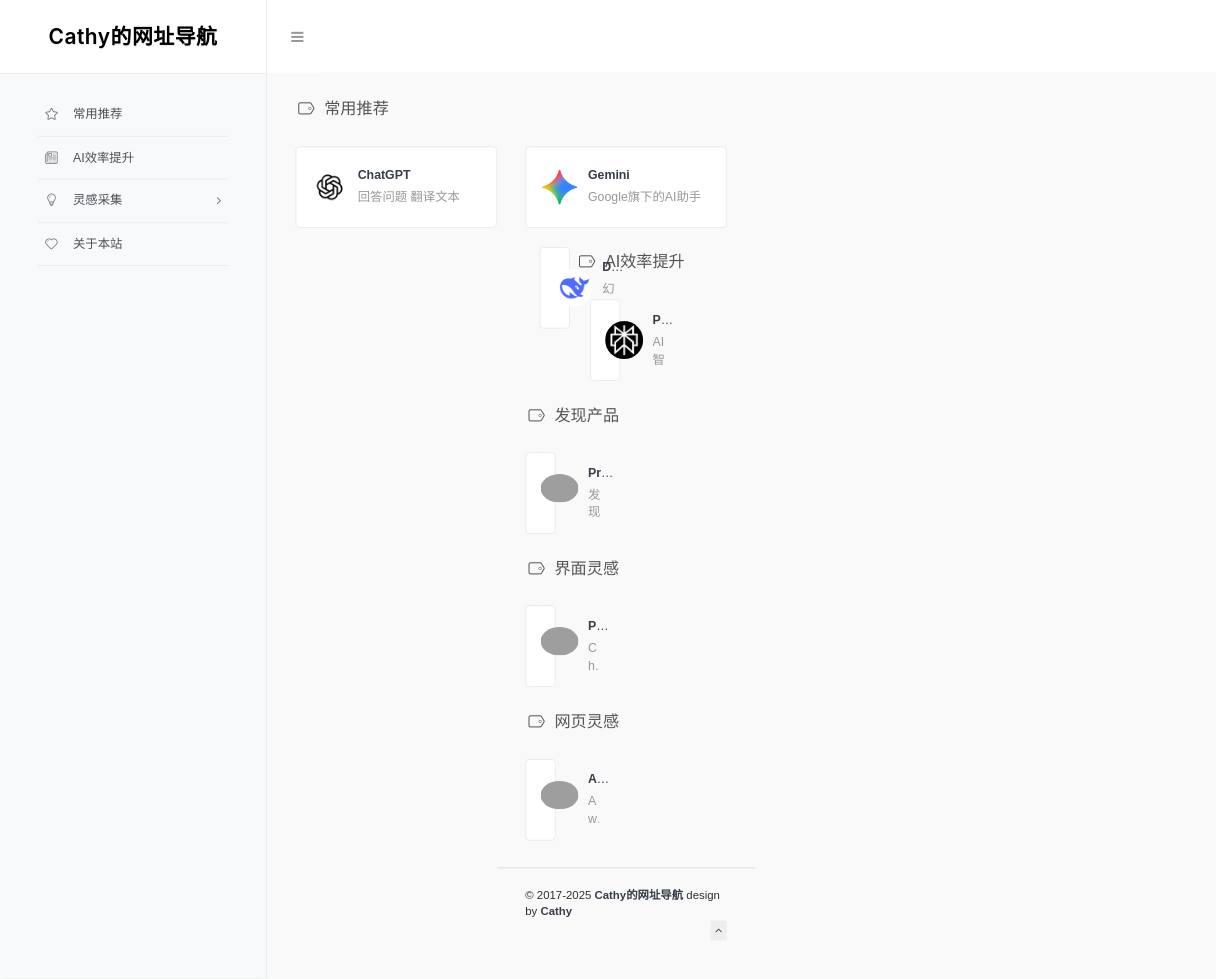
Repository: SweetPomelo0/AINav
Page: cn/index.html
An editor plug-in stored every save of this project. The page is shown before and after the next save, followed by the edit.
The browser window is 1280 px wide. The pictures show the whole page, at 95% of full size.
Pictures or frames that could not be fetched are drawn as grey boxes.

Above is the page before, as saved 2025-07-24 23:07:48.

After the next save:
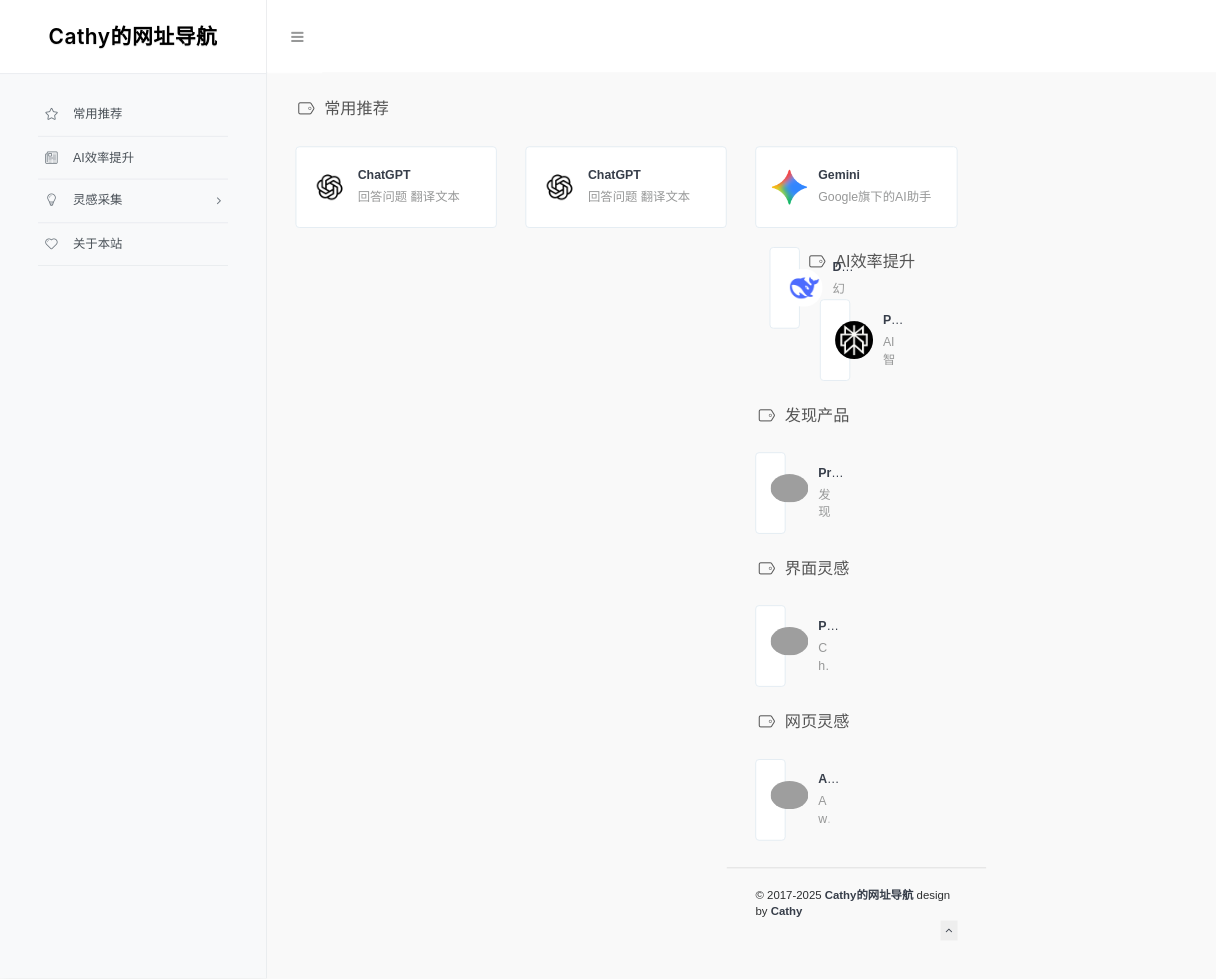
Saved 47 s later.
--- a/cn/index.html
+++ b/cn/index.html
@@ -282,6 +282,21 @@
         </h4>
         <div class="row">
           <div class="col-sm-3">
+                    <div class="xe-widget xe-conversations box2 label-info" onclick="window.open('https://chatgpt.com/', '_blank')" data-toggle="tooltip" data-placement="bottom" title="" data-original-title="https://chatgpt.com/">
+                        <div class="xe-comment-entry">
+                            <a class="xe-user-img">
+                                <img data-src="../assets/images/logos/chatgpt.png" class="lozad img-circle" width="40">
+                            </a>
+                            <div class="xe-comment">
+                                <a href="#" class="xe-user-name overflowClip_1">
+                                    <strong>ChatGPT</strong>
+                                </a>
+                                <p class="overflowClip_2">回答问题 翻译文本</p>
+                            </div>
+                        </div>
+                    </div>
+                </div>
+          <div class="col-sm-3">
             <div
               class="xe-widget xe-conversations box2 label-info"
               onclick="window.open('https://chatgpt.com/', '_blank')"

After the save that followed:
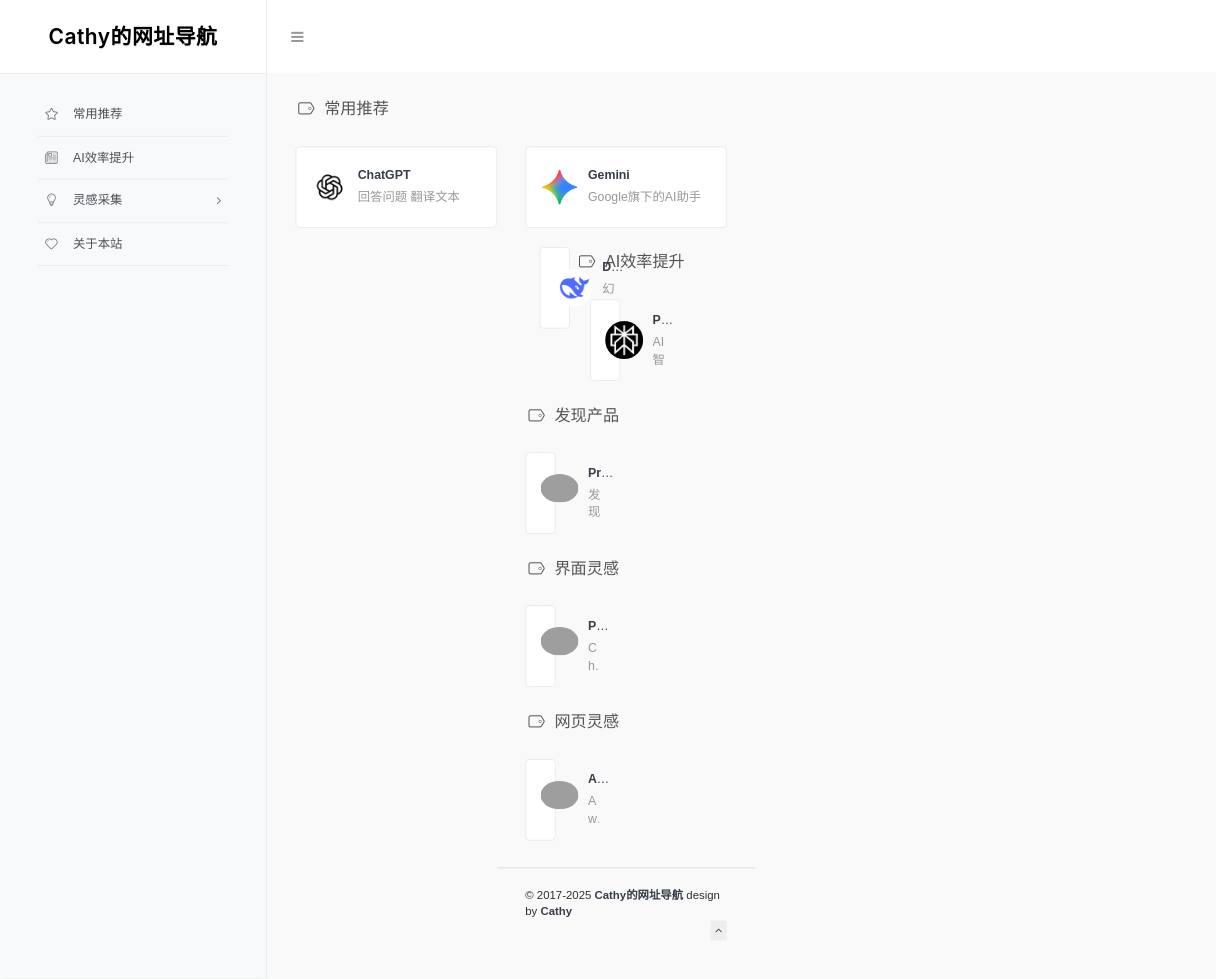
Saved 27 s later.
--- a/cn/index.html
+++ b/cn/index.html
@@ -296,34 +296,7 @@
                         </div>
                     </div>
                 </div>
-          <div class="col-sm-3">
-            <div
-              class="xe-widget xe-conversations box2 label-info"
-              onclick="window.open('https://chatgpt.com/', '_blank')"
-              data-toggle="tooltip"
-              data-placement="bottom"
-              title=""
-              data-original-title="https://chatgpt.com/"
-            >
-              <div class="xe-comment-entry">
-                <a class="xe-user-img">
-                  <img
-                    data-src="../assets/images/logos/chatgpt.png"
-                    class="lozad img-circle"
-                    width="40"
-                  />
-                </a>
-                <div class="xe-comment">
-                  <a href="#" class="xe-user-name overflowClip_1">
-                    <strong>ChatGPT</strong>
-                  </a>
-                  <p class="overflowClip_2">
-                    回答问题 翻译文本
-                  </p>
-                </div>
-              </div>
-            </div>
-          </div>
+
           <div class="col-sm-3">
             <div
               class="xe-widget xe-conversations box2 label-info"
